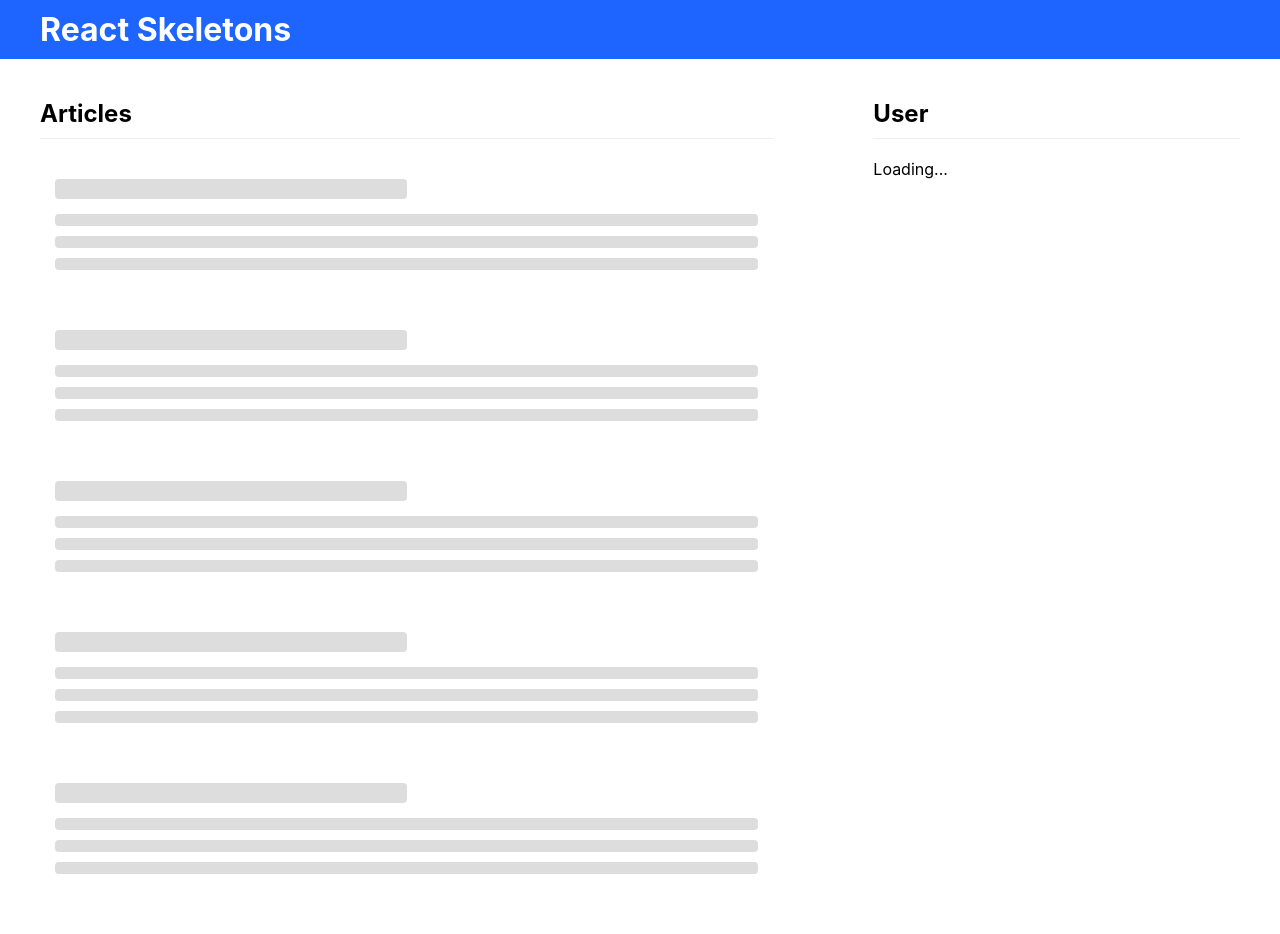
Repository: hwangstar156/React-skeleton-image
Page: /
The author's editor kept a copy of each file at every save. The page is drawn from the files as they stood at one save, then again after the next save.
The browser window is 1280 px wide. The pictures show the whole page.
The page's requests for data from a server got no answer. The project was rebuilt for these pictures with package versions that can differ from the ones it lists, and the page was loaded fresh each time. No one was signed in, and anything a server would have sent is missing.

Above is the page before, as saved 2021-10-02 01:26:53.

After the next save:
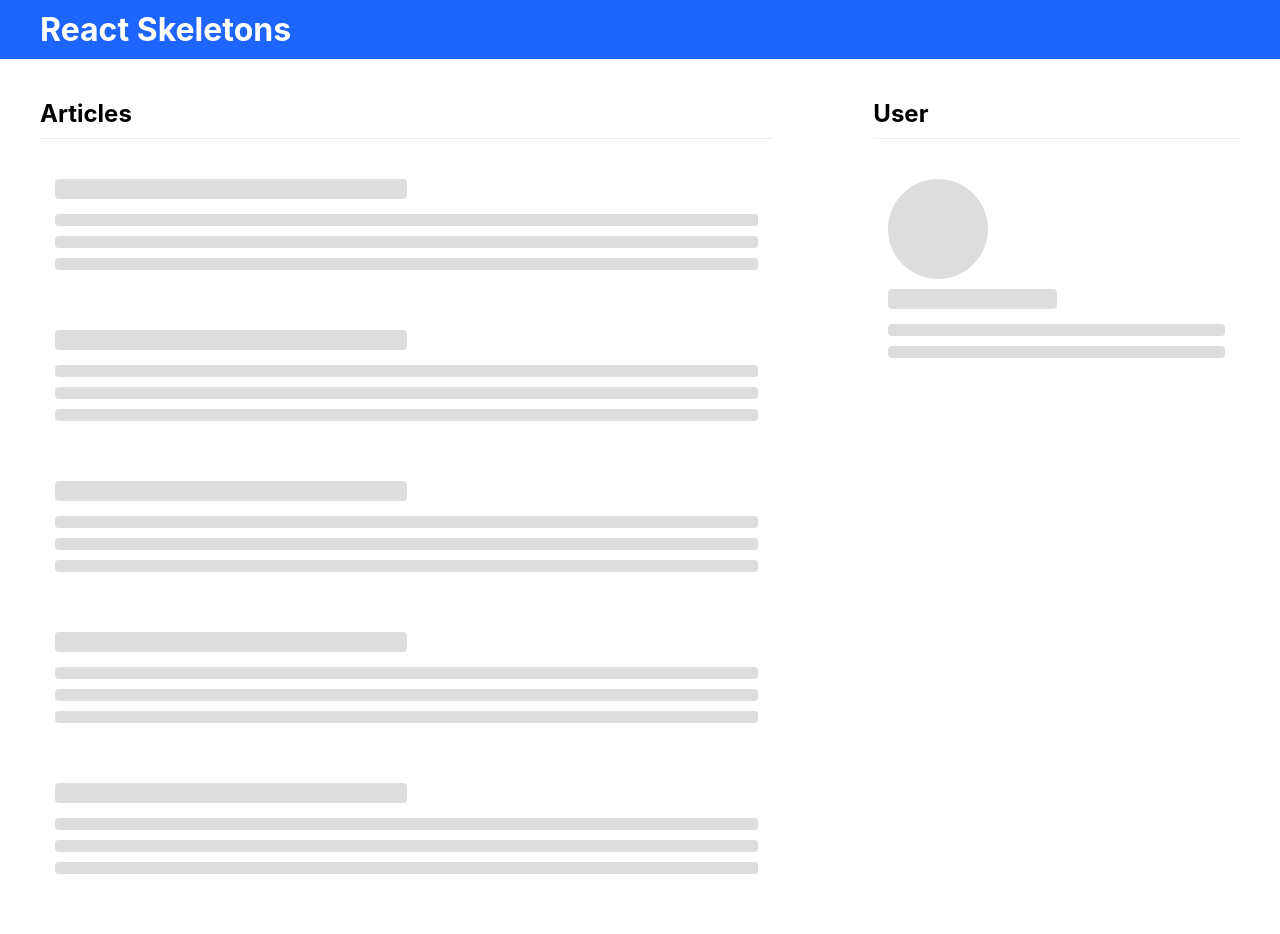
Saved 54 s later.
--- a/src/component/User.js
+++ b/src/component/User.js
@@ -1,4 +1,5 @@
 import React, { useState, useEffect } from "react";
+import SkeletonProfile from "../skeletons/skeleton.profile";
 
 const User = () => {
   const [profile, setProfile] = useState(null);
@@ -21,7 +22,7 @@ const User = () => {
         </div>
       )}
 
-      {!profile && <div>Loading...</div>}
+      {!profile && <SkeletonProfile />}
     </div>
   );
 };
